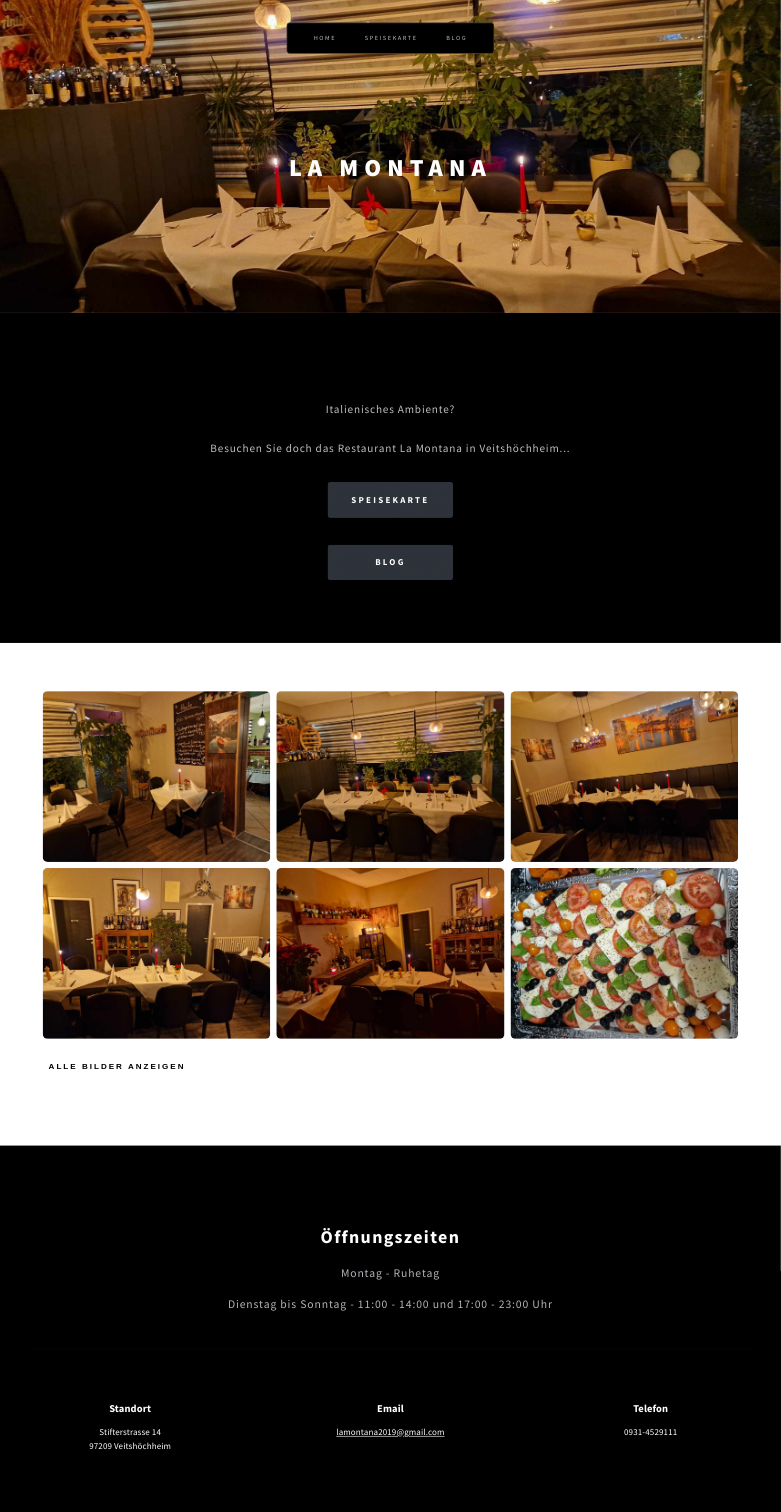
Repository: restaurantlamontana/restaurantlamontana.github.io
Page: index.html
The author's editor kept a copy of each file at every save. The page is drawn from the files as they stood at one save, then again after the next save.
The browser window is 1280 px wide. The pictures show the whole page, at 61% of full size.

Above is the page before, as saved 2024-07-15 12:37:09.

After the next save:
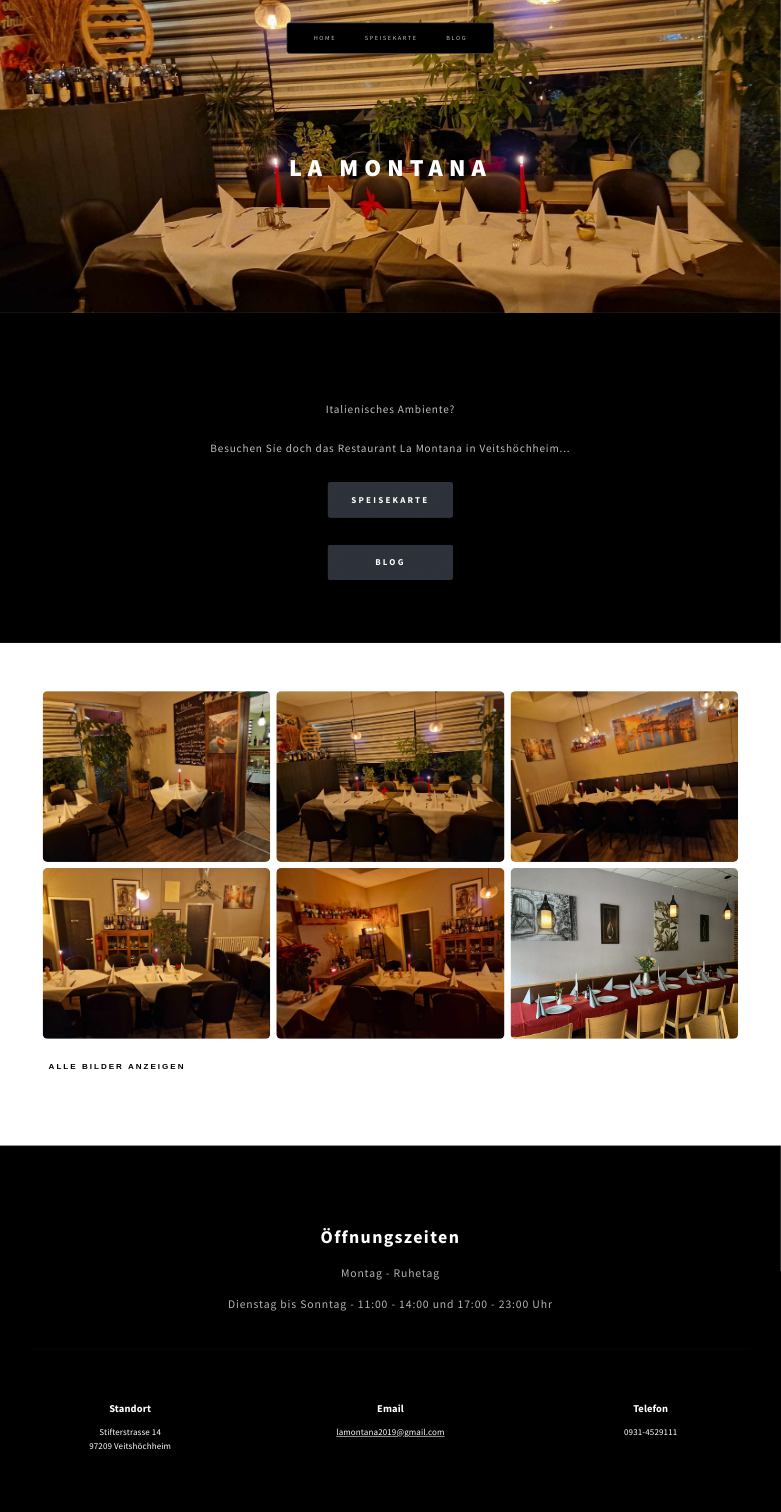
Saved 31 s later.
--- a/index.html
+++ b/index.html
@@ -71,7 +71,6 @@
             <img src="images/IMG_3205.JPG" />
             <img src="images/IMG_3206.JPG" />
             <img src="images/IMG_3207.JPG" />
-            <img src="images/IMG_3199.JPG" />
             <img src="images/2.jpeg" />
             <img src="images/3.jpeg" />
             <img src="images/4.jpeg" />
